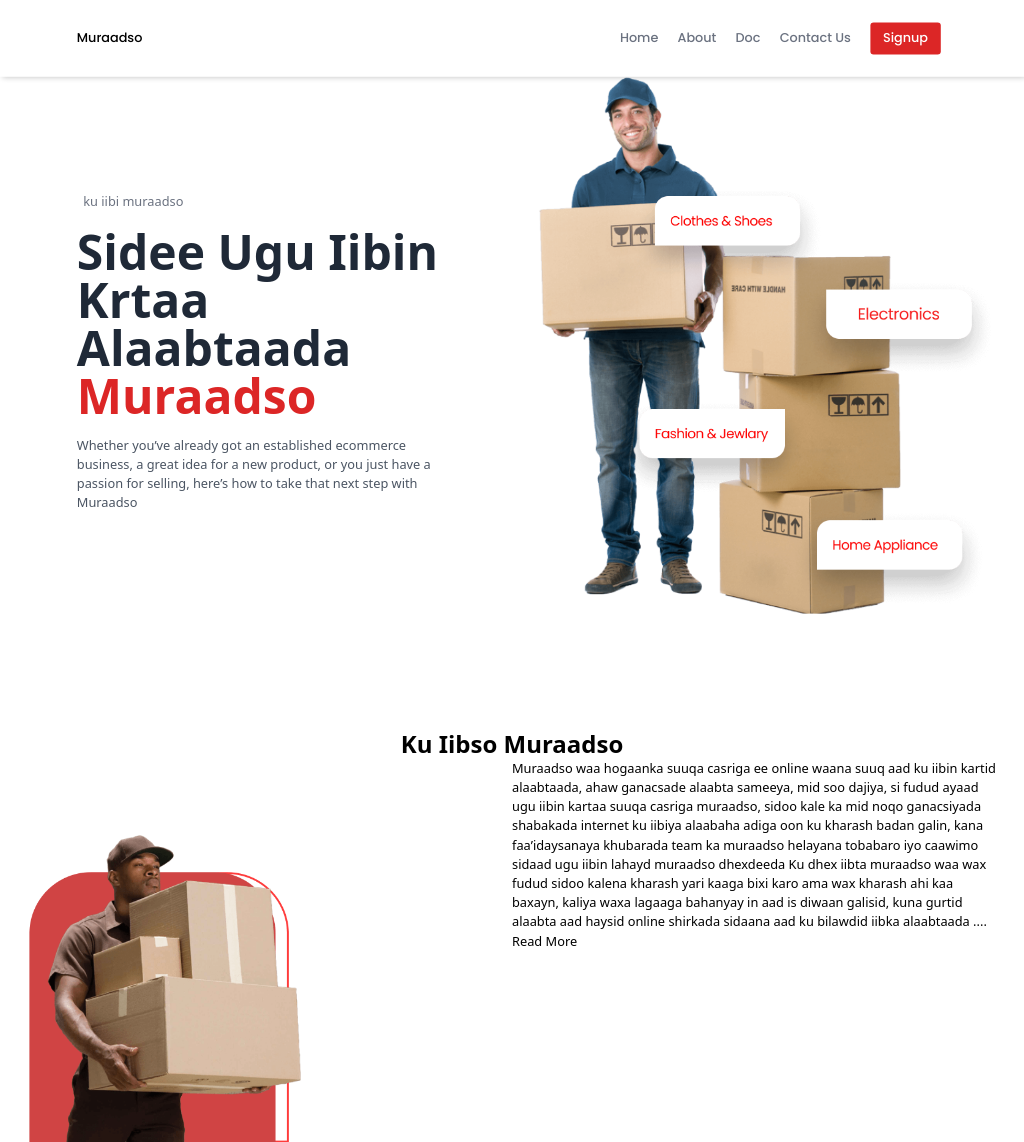
Repository: muraadso/Muraadso-Sellers
Page: /
The author's editor kept a copy of each file at every save. The page is drawn from the files as they stood at one save, then again after the next save.
The browser window is 1280 px wide. The pictures show the whole page, at 80% of full size.
The project was rebuilt for these pictures with package versions that can differ from the ones it lists, and the page was loaded fresh each time. The framework's server and built-in components were replaced by stand-ins that run in the browser. Also part of the build but not shown: next.config.js.

Above is the page before, as saved 2021-12-05 19:39:32.

After the next save:
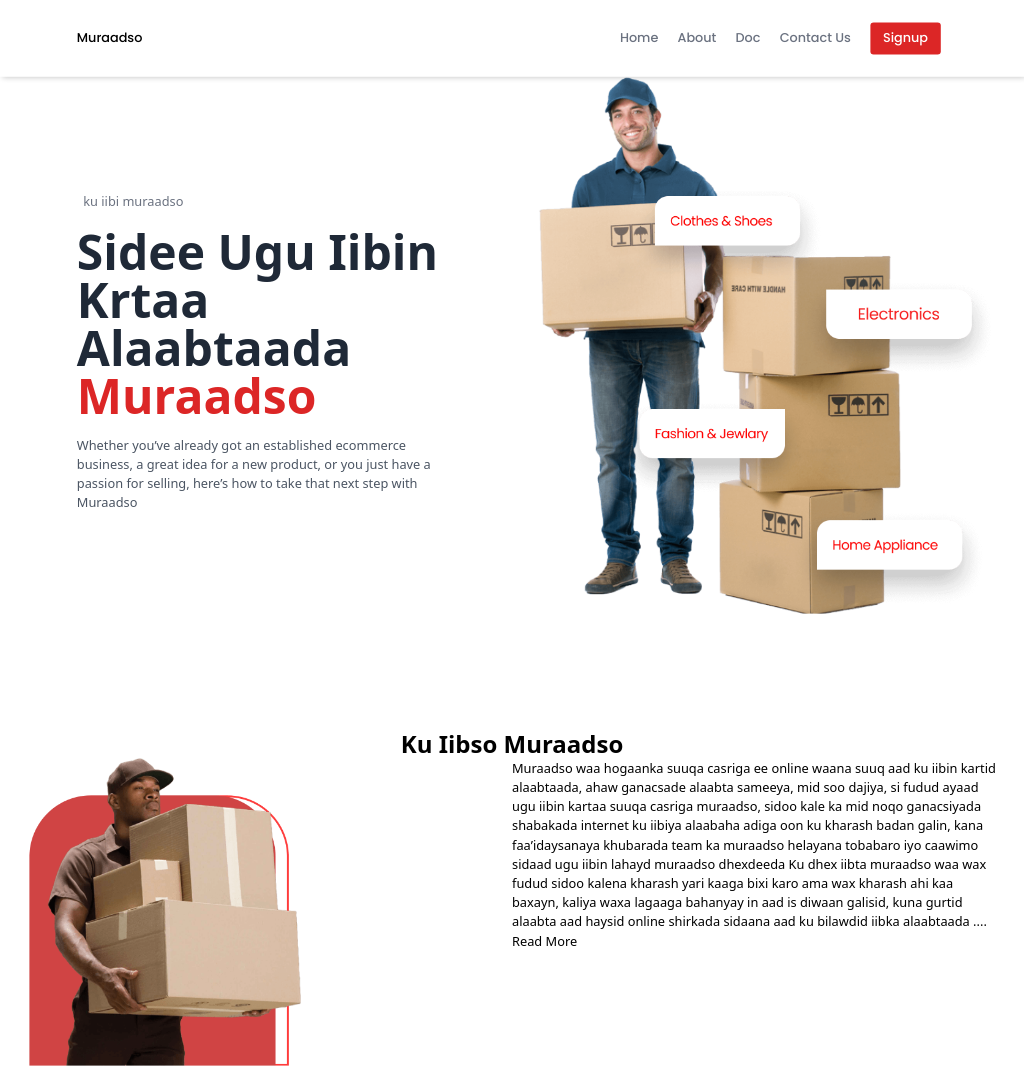
Saved 12 s later.
--- a/components/About.jsx
+++ b/components/About.jsx
@@ -5,7 +5,7 @@ const About = () => {
             <h1 className="text-3xl font-bold text-center">Ku Iibso Muraadso</h1>
             <div className="grid grid-cols-2 about-content">
                 <div className="aboutimg">
-            <img src="/images/aboutimage.png" className="mt-24 md:h-96" alt="about image" />
+            <img src="/images/aboutimage.png" className="md:h-96" alt="about image" />
                 </div>
                 <div className="about-text">
                     <p>
